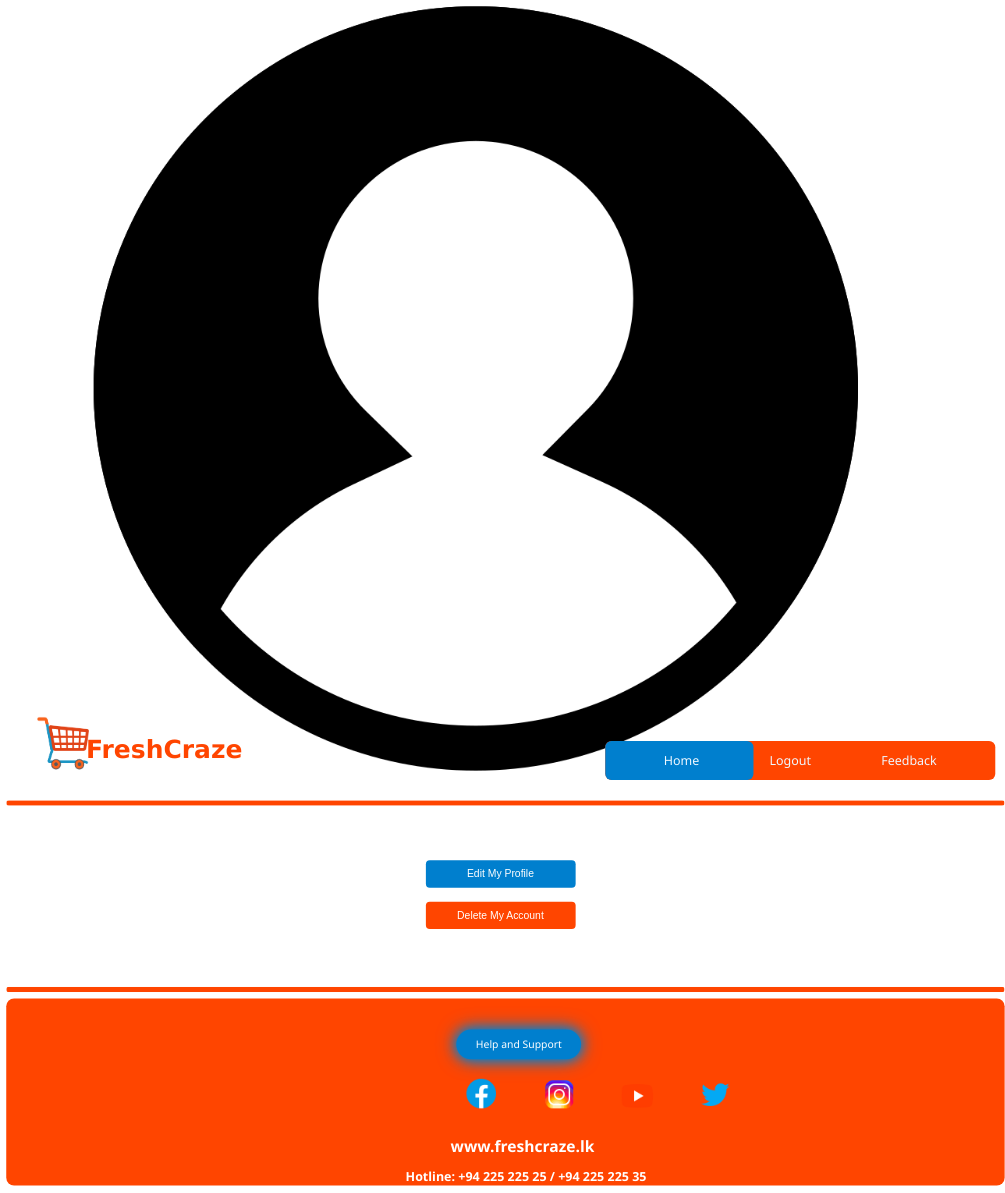
Repository: chamarac2002/FreshCraze
Page: http://localhost/CustomerDemo/useraccount.jsp
The author's editor kept a copy of each file at every save. The page is drawn from the files as they stood at one save, then again after the next save.
The browser window is 1280 px wide. The page is 1288 px wide, so the pictures cover 1288 px, including what lies to the right of the window. The pictures show the whole page, at 78% of full size.
The page is served by Tomcat 9. Nobody is signed in. The application's start-up code is not run. The template is opened directly, without the code that normally fills it, so the values that code supplies are empty.

Above is the page before, as saved 2024-05-11 06:58:57.

After the next save:
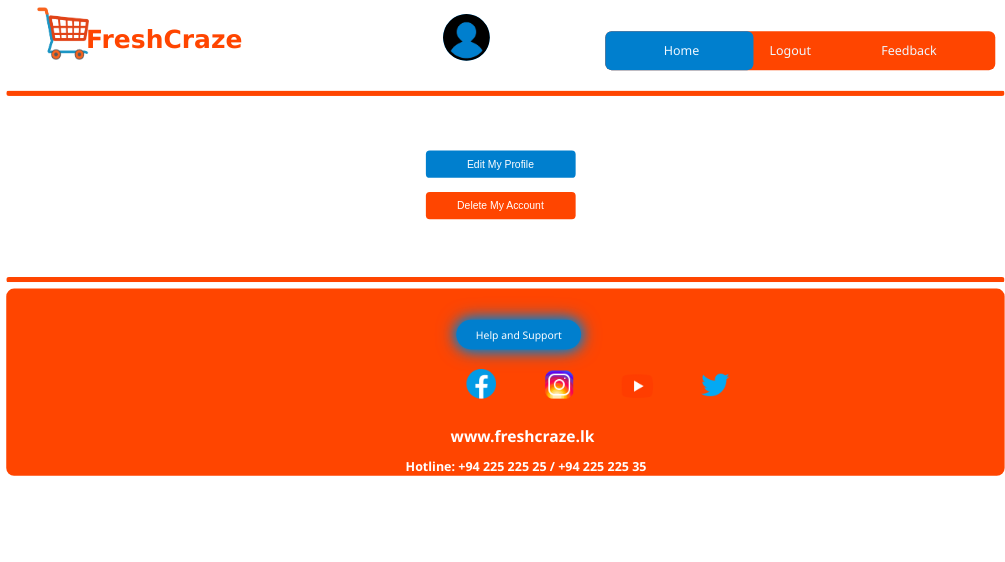
Saved 9 s later.
--- a/CustomerDemo/src/main/webapp/Styles/useraccountStyle.css
+++ b/CustomerDemo/src/main/webapp/Styles/useraccountStyle.css
@@ -10,6 +10,14 @@
     width: 70px;
     height: 70px;
     margin-left: 3%;
+}
+
+.user{
+    width: 60px;
+    height: 60px;
+    margin-left: 35%;
+    background-color: rgb(0, 127, 206);
+    border-radius: 30px;
 }
 
 .logo_topic{
